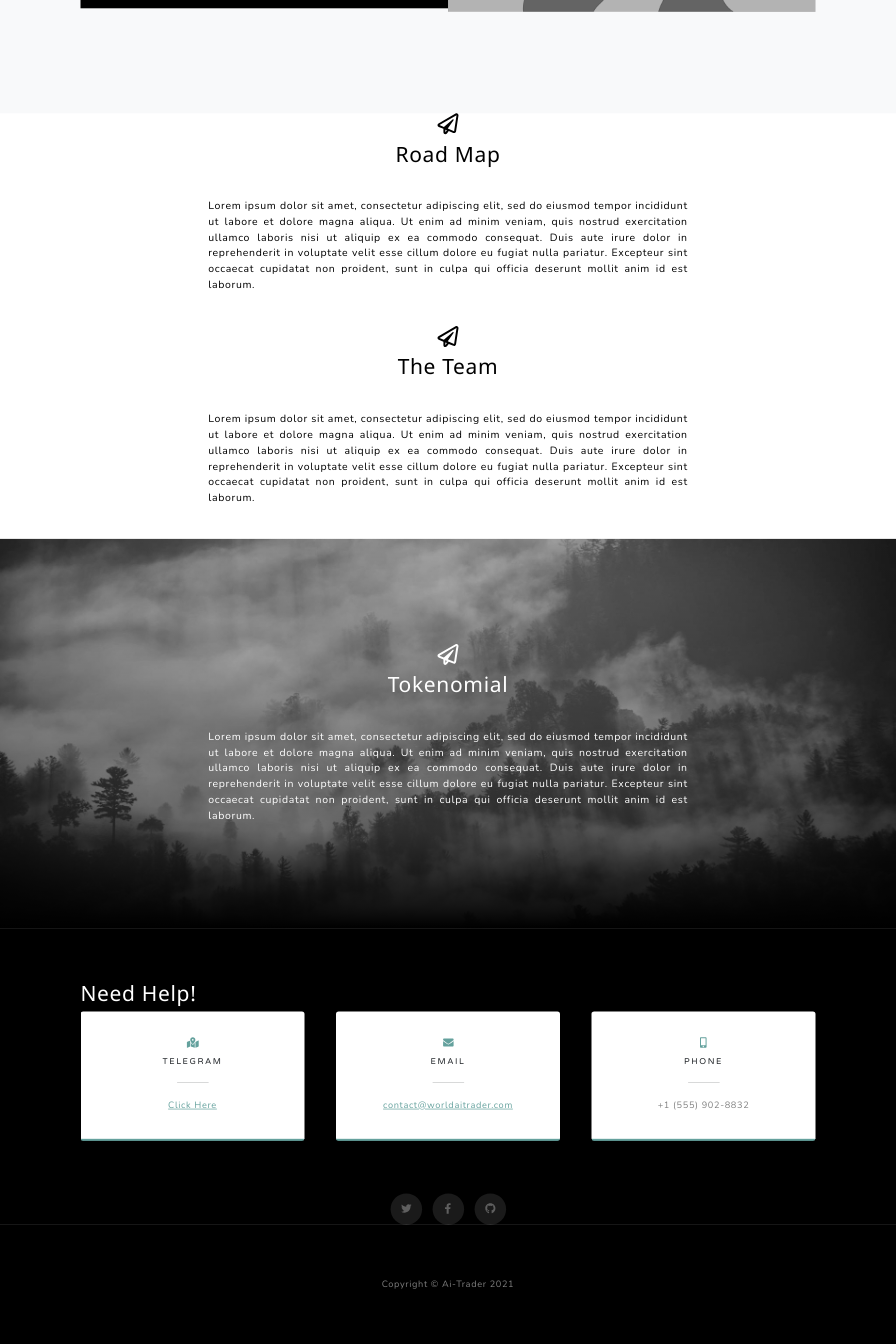
Repository: seyicoded/ico_one
Page: index.html
An editor plug-in stored every save of this project. The page is shown before and after the next save, followed by the edit.
The browser window is 1280 px wide. The pictures show the part of the page from y = 2837 to 4757 px (the page is 4757 px tall before and 4712 px after), at 70% of full size.

Above is the page before, as saved 2022-03-06 15:00:27.

### index.html
<!DOCTYPE html>
<html lang="en">
    <head>
        <meta charset="utf-8" />
        <meta name="viewport" content="width=device-width, initial-scale=1, shrink-to-fit=no" />
        <meta name="description" content="" />
        <meta name="author" content="" />
        <title>Ai-Trader</title>
        <link rel="icon" type="image/x-icon" href="assets/favicon.ico" />
        <!-- Font Awesome icons (free version)-->
        <script src="https://use.fontawesome.com/releases/v5.15.4/js/all.js" crossorigin="anonymous"></script>
        <!-- Google fonts-->
        <link href="https://fonts.googleapis.com/css?family=Varela+Round" rel="stylesheet" />
        <link href="https://fonts.googleapis.com/css?family=Nunito:200,200i,300,300i,400,400i,600,600i,700,700i,800,800i,900,900i" rel="stylesheet" />
        <!-- Core theme CSS (includes Bootstrap)-->
        <link href="css/w3.css" rel="stylesheet" />
        <link href="css/styles.css" rel="stylesheet" />
        <link href="css/animate.css" rel="stylesheet" />
        <link href="css/custom.css" rel="stylesheet" />
        <script src="js/jquery.js"></script>
        <script src="js/wow.js"></script>
        <script src="js/bs.js"></script>
        <script type="text/javascript">
            //Initiat WOW JS
            window.onload = function(){
                $("#loaderr").hide();
                new WOW().init();
            }
            // new WOW().init();
        </script>
        <style>
            #loaderr{
                position: fixed;
                z-index: 99;
                top: 0;
                bottom: 0;
                left: 0;
                right: 0;
                background: linear-gradient(grey, black);
                display: flex;
                justify-content: center;
                align-items: center;
            }
            #skip-loader{
                position: fixed;
                bottom: 3%;
                right: 3%;
                background-color: transparent;
                color: white;
                border: none;
            }

            .w3-text-black *{
                color: black !important;
                margin-bottom: 16px;
            }
        </style>
    </head>
    <body id="page-top">
        <!--  loader start -->
        <div id="loaderr">
            <img src="assets/svg/Spin-0.5s-247px.svg" />
            <button id="skip-loader" onclick="$('#loaderr').hide()">skip</button>
        </div>
        <!-- loader stop -->

        <!-- Navigation-->
        <nav class="navbar navbar-expand-lg navbar-light fixed-top" id="mainNav">
            <div class="container px-4 px-lg-5">
                <a class="navbar-brand" href="#page-top">Ai-Trader</a>
                <button class="navbar-toggler navbar-toggler-right" type="button" data-bs-toggle="collapse" data-bs-target="#navbarResponsive" aria-controls="navbarResponsive" aria-expanded="false" aria-label="Toggle navigation">
                    Menu
                    <i class="fas fa-bars"></i>
                </button>
                <div class="collapse navbar-collapse" id="navbarResponsive">
                    <ul class="navbar-nav ms-auto">
                        <li class="nav-item"><a class="nav-link" href="#about">About</a></li>
                        <li class="nav-item"><a class="nav-link" href="#trade">How to Trade</a></li>
                        <li class="nav-item"><a class="nav-link" href="#roadmap">Road Map</a></li>
                        <li class="nav-item"><a class="nav-link" href="#team">The Team</a></li>
                        <li class="nav-item"><a class="nav-link" href="#token">Tokenomics</a></li>
                    </ul>
                </div>
            </div>
        </nav>
        <!-- Masthead-->
        <header class="masthead">
            <div class="container px-4 px-lg-5 d-flex h-100 align-items-center justify-content-center">
                <div class="d-flex justify-content-center">
                    <div class="text-center">
                        <h1 class="mx-auto my-0 text-uppercase wow fadeIn animated" data-wow-duration="1090ms" data-wow-delay="1000ms">We Got You Covered</h1>
                        <h2 class="text-white-50 mx-auto mt-2 mb-5 wow fadeIn animated" data-wow-duration="1090ms" data-wow-delay="1300ms">An Artificial Intelligence You Can Trust.</h2>
                        <a class="btn btn-white white wow fadeIn animated" style="font-weight: bolder;" href="#about"  data-wow-duration="1090ms" data-wow-delay="1600ms">Get Started</a>
                    </div>
                </div>
            </div>
        </header>
        <!-- About-->
        <section class="about-section text-center" id="about">
            <div class="container px-4 px-lg-5">
                <div class="row gx-4 gx-lg-5 justify-content-center">
                    <div class="col-lg-8">
                        <h2 class="text-white mb-4 wow fadeInLeft animated" data-wow-duration="600ms" data-wow-delay="400ms">About Ai-Trader</h2>
                        <p class="text-white-50 wow fadeInLeft animated" data-wow-duration="600ms" data-wow-delay="600ms">
                            The Crypto Market is a space with so many coins to buy, this can be a challenge for newbies and even "experienced hands". Why stress when there's rest in Ai-Trader. <br />
                            Ai-Trader is a trading App that trades on your behalf, with low risk and great reward. <br />
                            Ai-Trader is a system designed to save you time, mental stress of going through the details of different tokens. The bot checks the market for the best option and makes apt decisions to your advantage.
                        </p>
                    </div>
                    <img class="img-fluid" src="assets/img/robot-doing-data-analysis.svg" style="filter: grayscale(20%); position: absolute; opacity: 19%; height: 400px;" alt="..." />
                </div>
                <!-- <img class="img-fluid" src="assets/img/ipad.png" style="filter: grayscale(80%); position: absolute; opacity: 30%;" alt="..." /> -->
                <div style="height: 100px;">&nbsp;</div>
            </div>
        </section>
        <!-- Projects-->
        <section class="projects-section bg-light" id="trade">
            <div class="container px-4 px-lg-5">
                <h1 style="text-align: center; font-weight: bold;">Ai-Trader Simple Steps</h1>
                <br />
                <!-- Featured Project Row-->
                <div class="row gx-0 mb-4 mb-lg-5 align-items-center wow fadeInLeft animated" data-wow-duration="600ms" data-wow-delay="400ms">
                    <div class="col-xl-5 col-lg-5"><img class="img-fluid mb-3 mb-lg-0" src="assets/count/1.png" style="height: 300px; width: 100%; filter: grayscale(80);" alt="..." /></div>
                    <div class="col-xl-7 col-lg-7">
                        <div class="featured-text text-center text-lg-left">
                            <h4>Step One</h4>
                            <p class="text-black-50 mb-0">Choose the most stable coin or coin with high prospects of rising.!</p>
                        </div>
                    </div>
                </div>
                <!-- Project One Row-->
                <div class="row gx-0 mb-5 mb-lg-0 justify-content-center wow fadeInLeft animated" data-wow-duration="600ms" data-wow-delay="400ms">
                    <div class="col-lg-6"><img class="img-fluid" src="assets/count/2.png" style="filter: grayscale(80);" alt="..." /></div>
                    <div class="col-lg-6">
                        <div class="bg-black text-center h-100 project">
                            <div class="d-flex h-100">
                                <div class="project-text w-100 my-auto text-center text-lg-left">
                                    <h4 class="text-white">Two</h4>
                                    <p class="mb-0 text-white-50">Initiate a trade.</p>
                                    <hr class="d-none d-lg-block mb-0 ms-0" />
                                </div>
                            </div>
                        </div>
                    </div>
                </div>
                <!-- Project Two Row-->
                <div class="row gx-0 justify-content-center wow fadeInLeft animated" data-wow-duration="600ms" data-wow-delay="400ms">
                    <div class="col-lg-6"><img class="img-fluid" src="assets/count/3.png" style="filter: grayscale(80);" alt="..." /></div>
                    <div class="col-lg-6 order-lg-first">
                        <div class="bg-black text-center h-100 project">
                            <div class="d-flex h-100">
                                <div class="project-text w-100 my-auto text-center text-lg-right">
                                    <h4 class="text-white">Three</h4>
                                    <p class="mb-0 text-white-50">Takes you out of the trade after reaching the margin you've set.!</p>
                                    <hr class="d-none d-lg-block mb-0 me-0" />
                                </div>
                            </div>
                        </div>
                    </div>
                </div>
            </div>
        </section>

        <section class="roadmap-section w3-text-black" id="roadmap">
            <div class="container px-4 px-lg-5">
                <div class="row gx-4 gx-lg-5">
                    <div class="col-md-10 col-lg-8 mx-auto text-center">
                        <i class="far fa-paper-plane fa-2x mb-2 text-white"></i>
                        <h2 class="text-white mb-5">Road Map</h2>

                        <div style="color: white; text-align: justify;">
                            Lorem ipsum dolor sit amet, consectetur adipiscing elit, sed do eiusmod tempor incididunt ut labore et dolore magna aliqua. Ut enim ad minim veniam, quis nostrud exercitation ullamco laboris nisi ut aliquip ex ea commodo consequat. Duis aute irure dolor in reprehenderit in voluptate velit esse cillum dolore eu fugiat nulla pariatur. Excepteur sint occaecat cupidatat non proident, sunt in culpa qui officia deserunt mollit anim id est laborum.
                        </div>

                    </div>
                </div>
            </div>
        </section>

        <section class="team-section w3-text-black" id="team">
            <div class="container px-4 px-lg-5">
                <div class="row gx-4 gx-lg-5">
                    <div class="col-md-10 col-lg-8 mx-auto text-center">
                        <i class="far fa-paper-plane fa-2x mb-2 text-white"></i>
                        <h2 class="text-white mb-5">The Team</h2>

                        <div style="color: white; text-align: justify;">
                            Lorem ipsum dolor sit amet, consectetur adipiscing elit, sed do eiusmod tempor incididunt ut labore et dolore magna aliqua. Ut enim ad minim veniam, quis nostrud exercitation ullamco laboris nisi ut aliquip ex ea commodo consequat. Duis aute irure dolor in reprehenderit in voluptate velit esse cillum dolore eu fugiat nulla pariatur. Excepteur sint occaecat cupidatat non proident, sunt in culpa qui officia deserunt mollit anim id est laborum.
                        </div>

                    </div>
                </div>
            </div>
        </section>

        <!-- Signup-->
        <section class="signup-section" id="token">
            <div class="container px-4 px-lg-5">
                <div class="row gx-4 gx-lg-5">
                    <div class="col-md-10 col-lg-8 mx-auto text-center">
                        <i class="far fa-paper-plane fa-2x mb-2 text-white"></i>
                        <h2 class="text-white mb-5">Tokenomial</h2>
                        <!-- * * * * * * * * * * * * * * *-->
                        <!-- * * SB Forms Contact Form * *-->
                        <!-- * * * * * * * * * * * * * * *-->
                        <!-- This form is pre-integrated with SB Forms.-->
                        <!-- To make this form functional, sign up at-->
                        <!-- https://startbootstrap.com/solution/contact-forms-->
                        <!-- to get an API token!-->
                        <div style="color: white; text-align: justify;">
                            Lorem ipsum dolor sit amet, consectetur adipiscing elit, sed do eiusmod tempor incididunt ut labore et dolore magna aliqua. Ut enim ad minim veniam, quis nostrud exercitation ullamco laboris nisi ut aliquip ex ea commodo consequat. Duis aute irure dolor in reprehenderit in voluptate velit esse cillum dolore eu fugiat nulla pariatur. Excepteur sint occaecat cupidatat non proident, sunt in culpa qui officia deserunt mollit anim id est laborum.
                        </div>
                        <!-- <form class="form-signup" id="contactForm" data-sb-form-api-token="API_TOKEN">

                            <div class="row input-group-newsletter">
                                <div class="col"><input class="form-control" id="emailAddress" type="email" placeholder="Enter email address..." aria-label="Enter email address..." data-sb-validations="required,email" /></div>
                                <div class="col-auto"><button class="btn btn-primary disabled" id="submitButton" type="submit">Notify Me!</button></div>
                            </div>
                            <div class="invalid-feedback mt-2" data-sb-feedback="emailAddress:required">An email is required.</div>
                            <div class="invalid-feedback mt-2" data-sb-feedback="emailAddress:email">Email is not valid.</div>




                            <div class="d-none" id="submitSuccessMessage">
                                <div class="text-center mb-3 mt-2 text-white">
                                    <div class="fw-bolder">Form submission successful!</div>
                                    To activate this form, sign up at
                                    <br />
                                    <a href="https://startbootstrap.com/solution/contact-forms">https://startbootstrap.com/solution/contact-forms</a>
                                </div>
                            </div>




                            <div class="d-none" id="submitErrorMessage"><div class="text-center text-danger mb-3 mt-2">Error sending message!</div></div>
                        </form> -->
                    </div>
                </div>
            </div>
        </section>

        <!-- Contact-->
        <section class="contact-section bg-black">
            <div class="container px-4 px-lg-5">
                <h2 class="text-white">Need Help!</h2>

                <div class="row gx-4 gx-lg-5">
                    <div class="col-md-4 mb-3 mb-md-0">
                        <div class="card py-4 h-100">
                            <div class="card-body text-center">
                                <i class="fas fa-map-marked-alt text-primary mb-2"></i>
                                <h4 class="text-uppercase m-0">Telegram</h4>
                                <hr class="my-4 mx-auto" />
                                <div class="small text-black-50"><a href="https://t.me/AITRADERCOM">Click Here</a></div>
                            </div>
                        </div>
                    </div>
                    <div class="col-md-4 mb-3 mb-md-0">
                        <div class="card py-4 h-100">
                            <div class="card-body text-center">
                                <i class="fas fa-envelope text-primary mb-2"></i>
                                <h4 class="text-uppercase m-0">Email</h4>
                                <hr class="my-4 mx-auto" />
                                <div class="small text-black-50"><a href="mailto:contact@worldaitrader.com">contact@worldaitrader.com</a></div>
                            </div>
                        </div>
                    </div>
                    <div class="col-md-4 mb-3 mb-md-0">
                        <div class="card py-4 h-100">
                            <div class="card-body text-center">
                                <i class="fas fa-mobile-alt text-primary mb-2"></i>
                                <h4 class="text-uppercase m-0">Phone</h4>
                                <hr class="my-4 mx-auto" />
                                <div class="small text-black-50">+1 (555) 902-8832</div>
                            </div>
                        </div>
                    </div>
                </div>
                <div class="social d-flex justify-content-center">
                    <a class="mx-2" href="#!"><i class="fab fa-twitter"></i></a>
                    <a class="mx-2" href="#!"><i class="fab fa-facebook-f"></i></a>
                    <a class="mx-2" href="#!"><i class="fab fa-github"></i></a>
                </div>
            </div>
        </section>
        <!-- Footer-->
        <footer class="footer bg-black small text-center text-white-50"><div class="container px-4 px-lg-5">Copyright &copy; Ai-Trader 2021</div></footer>
        <!-- Bootstrap core JS-->
        <script src="https://cdn.jsdelivr.net/npm/bootstrap@5.1.3/dist/js/bootstrap.bundle.min.js"></script>
        <!-- Core theme JS-->
        <script src="js/scripts.js"></script>

        <script src="https://cdn.startbootstrap.com/sb-forms-latest.js"></script>
    </body>
</html>

### js/scripts.js
/*!
* Start Bootstrap - Grayscale v7.0.4 (https://startbootstrap.com/theme/grayscale)
* Copyright 2013-2021 Start Bootstrap
* Licensed under MIT (https://github.com/StartBootstrap/startbootstrap-grayscale/blob/master/LICENSE)
*/
//
// Scripts
//

window.addEventListener('DOMContentLoaded', event => {

    // Navbar shrink function
    var navbarShrink = function () {
        const navbarCollapsible = document.body.querySelector('#mainNav');
        if (!navbarCollapsible) {
            return;
        }
        if (window.scrollY === 0) {
            navbarCollapsible.classList.remove('navbar-shrink')
        } else {
            navbarCollapsible.classList.add('navbar-shrink')
        }

    };

    // Shrink the navbar
    navbarShrink();

    // Shrink the navbar when page is scrolled
    document.addEventListener('scroll', navbarShrink);

    // Activate Bootstrap scrollspy on the main nav element
    const mainNav = document.body.querySelector('#mainNav');
    if (mainNav) {
        new bootstrap.ScrollSpy(document.body, {
            target: '#mainNav',
            offset: 74,
        });
    };

    // Collapse responsive navbar when toggler is visible
    const navbarToggler = document.body.querySelector('.navbar-toggler');
    const responsiveNavItems = [].slice.call(
        document.querySelectorAll('#navbarResponsive .nav-link')
    );
    responsiveNavItems.map(function (responsiveNavItem) {
        responsiveNavItem.addEventListener('click', () => {
            if (window.getComputedStyle(navbarToggler).display !== 'none') {
                navbarToggler.click();
            }
        });
    });

});

Loaded but not shown: css/w3.css (library); css/styles.css (library); css/animate.css (library); js/jquery.js (library); js/wow.js (library); js/bs.js (library); css/custom.css (no stored copy; drawn as an empty file)

After the next save:
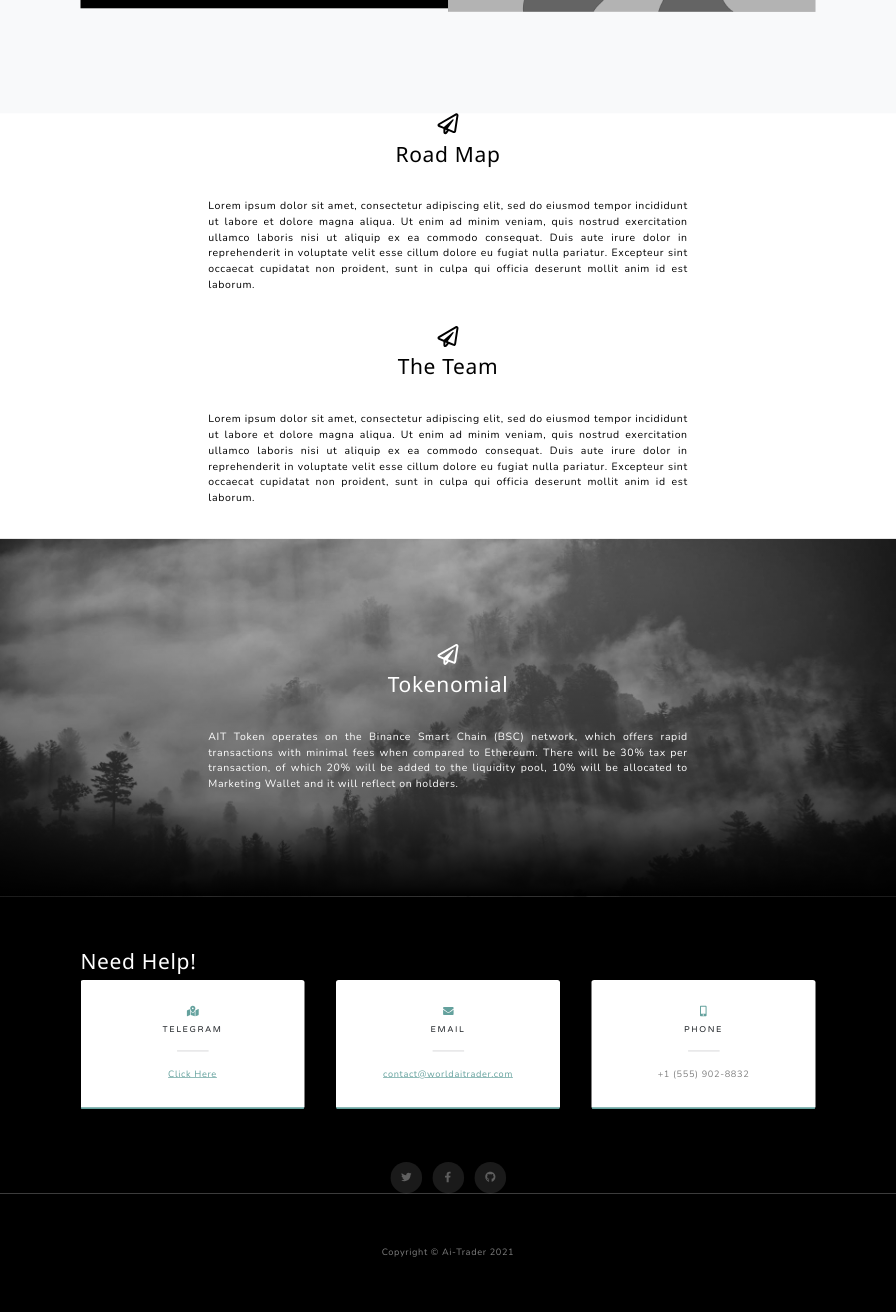
Saved 2 min 19 s later.
--- a/index.html
+++ b/index.html
@@ -208,7 +208,7 @@
                         <!-- https://startbootstrap.com/solution/contact-forms-->
                         <!-- to get an API token!-->
                         <div style="color: white; text-align: justify;">
-                            Lorem ipsum dolor sit amet, consectetur adipiscing elit, sed do eiusmod tempor incididunt ut labore et dolore magna aliqua. Ut enim ad minim veniam, quis nostrud exercitation ullamco laboris nisi ut aliquip ex ea commodo consequat. Duis aute irure dolor in reprehenderit in voluptate velit esse cillum dolore eu fugiat nulla pariatur. Excepteur sint occaecat cupidatat non proident, sunt in culpa qui officia deserunt mollit anim id est laborum.
+                            AIT Token operates on the Binance Smart Chain (BSC) network, which offers rapid transactions with minimal fees when compared to Ethereum. There will be 30% tax per transaction, of which 20% will be added to the liquidity pool, 10% will be allocated to Marketing Wallet and it will reflect on holders.
                         </div>
                         <!-- <form class="form-signup" id="contactForm" data-sb-form-api-token="API_TOKEN">
 
